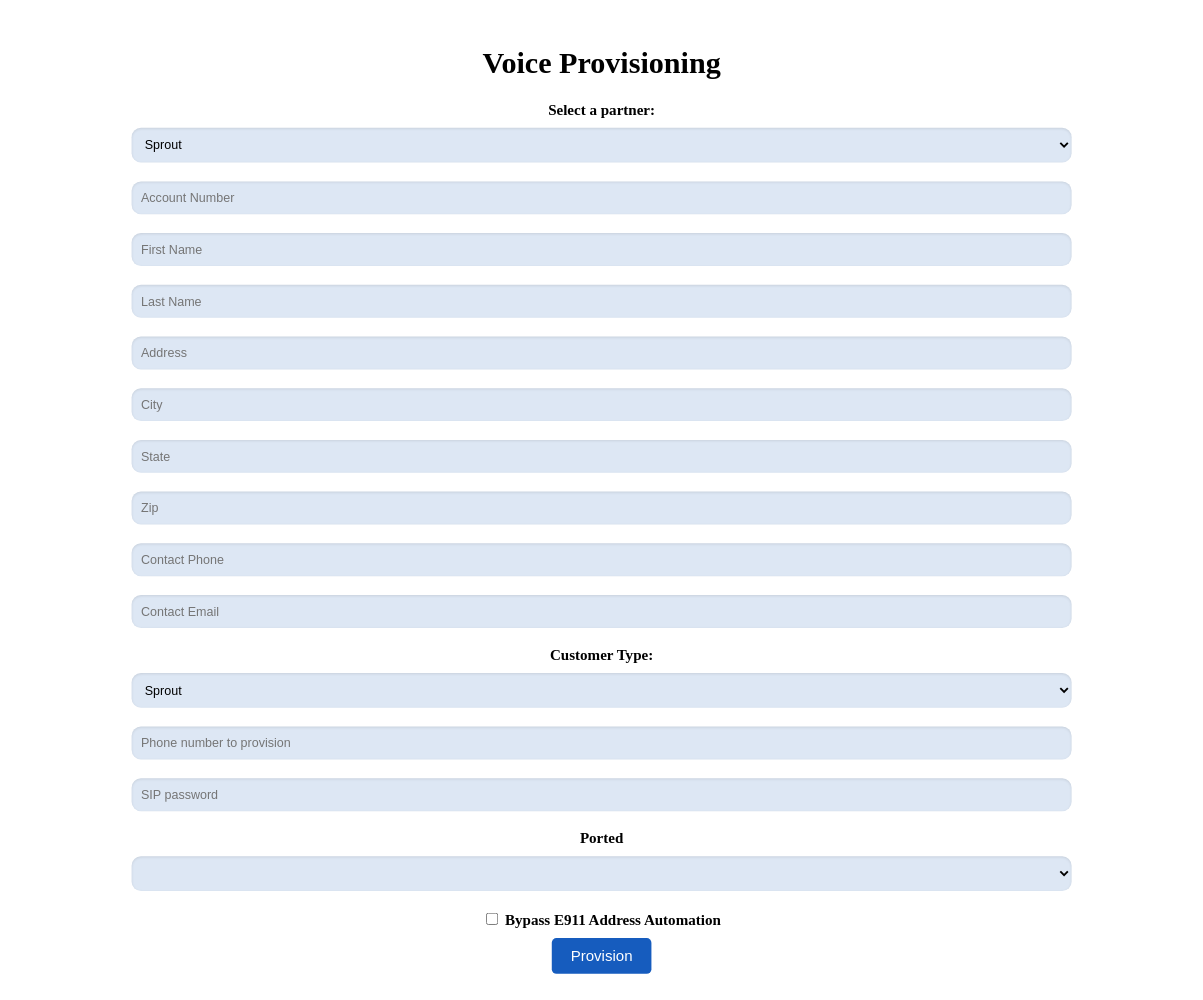
Repository: smallchungus/logiccom
Page: /
An editor plug-in stored every save of this project. The page is shown before and after the next save, followed by the edit.
The browser window is 1280 px wide. The pictures show the whole page, at 94% of full size.
The project was rebuilt for these pictures with package versions that can differ from the ones it lists, and the page was loaded fresh each time. Also part of the build but not shown: vite.config.ts.

Above is the page before, as saved 2023-05-04 12:04:32.

### src/App.vue
<style src="./styles.css"></style>


<template>


<form>
  <header>
    <h1>Voice Provisioning</h1>
  </header>
      <div class="form-group">
        <label for="partner">Select a partner:</label>
        <select id="partner" name="partner">
          <option value="Sprout">Sprout</option>
          <option value="option2">Option 2</option>
        </select>
      </div>

      <div class="form-group">
        <input type="text" id="accountNum" name="accountNum" placeholder="Account Number">
      </div>

      <div class="form-group">
        <input type="text" id="firstName" name="firstName" placeholder="First Name">
      </div>

      <div class="form-group">
        <input type="text" id="lastName" name="lastName" placeholder="Last Name">
      </div>

      <div class="form-group">
        <input type="text" id="address" name="address" placeholder="Address">
      </div>

      <div class="form-group">
        <input type="text" id="city" name="city" placeholder="City">
      </div>

      <div class="form-group">
        <input type="text" id="state" name="state" placeholder="State">
      </div>

      <div class="form-group">
        <input type="text" id="zip" name="zip" placeholder="Zip">
      </div>

      <div class="form-group">
        <input type="text" id="contactPhone" name="contactPhone" placeholder="Contact Phone">
      </div>

      <div class="form-group">
        <input type="text" id="contactEmail" name="contactEmail" placeholder="Contact Email">
      </div>

      <div class="form-group">
        <label for="customerType">Customer Type:</label>
        <select id="customerType" name="customerType">
          <option value="Sprout">Sprout</option>
          <option value="option2">Option 2</option>
        </select>
      </div>

      <div class="form-group">
        <input type="text" id="phoneToProv" name="phoneToProv" placeholder="Phone number to provision">
      </div>

      <div class="form-group">
        <input type="password" id="sipPassword" name="sipPassword" placeholder="SIP password">
      </div>


    <label for="ported">Ported</label>
    <select id="ported" name="ported">
      <option value=""></option>
      <option value="option2">Option 2</option>
    </select>

    <label>
      <input type="checkbox" >
      Bypass E911 Address Automation
    </label>

    <button type="submit">Provision</button>
  </form>
</template>

### src/styles.css
header {
    text-align: center;
    margin: 0 auto;
  }

  body {
    text-align: center;
  }

  form {
    /* background-color: #f7f7f7; */
    border-radius: 5px;
    padding: 20px;
    margin: 0 auto;
    max-width: 1000px;
  }

  .form-row {
    display: flex;
    flex-wrap: wrap;
  }

  .form-row .form-group {
    width: calc(50% - 10px);
    margin-right: 20px;
  }

  .form-row .form-group:last-child {
    margin-right: 0;
  }

  label {
    display: block;
    font-weight: bold;
    margin-bottom: 10px;
  }

  input[type="text"],
  input[type="password"],
  select {
    box-sizing: border-box; /* add this line */
    background-color: #dde7f4;
    width: 100%;
    padding: 10px;
    border: none;
    border-radius: 10px;
    margin-bottom: 20px;
    box-shadow: inset 0px 1px 3px rgba(0, 0, 0, 0.1);
  }

  input[type="text"].inline {
    display: inline-block;
    width: calc(50% - 10px);
    margin-right: 20px;
  }

  input[type="text"].inline:last-child {
    margin-right: 0;
  }

  button[type="submit"] {
    background-color: #165cbe;
    color: #fff;
    border: none;
    border-radius: 5px;
    padding: 10px 20px;
    font-size: 16px;
    cursor: pointer;
  }

  @media (min-width: 1024px) {
    header {
      display: flex;
      justify-content: center;
      align-items: center;
    }
  }

Loaded but not shown: index.html (common file); src/main.ts (common file)

After the next save:
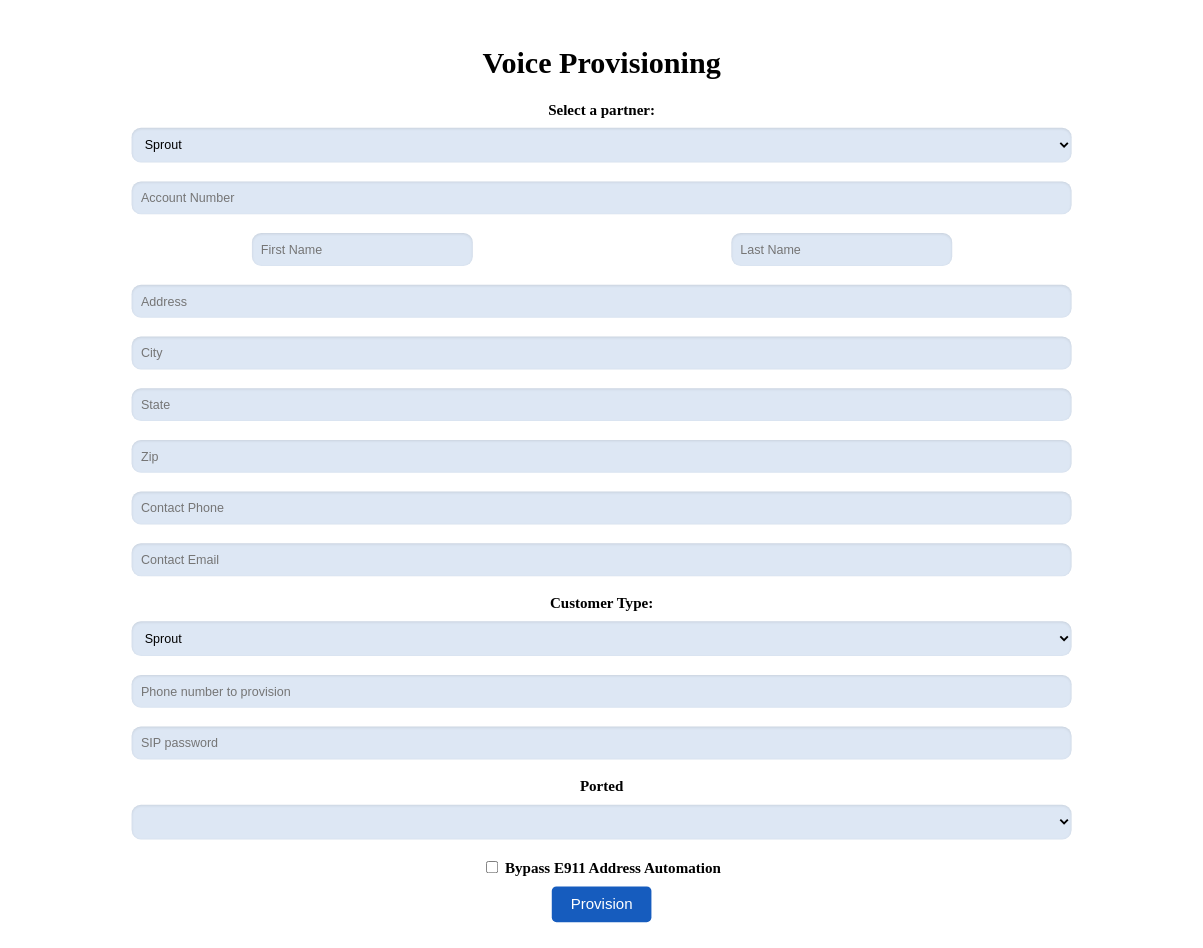
Saved 92 s later.
--- a/src/App.vue
+++ b/src/App.vue
@@ -20,13 +20,16 @@
         <input type="text" id="accountNum" name="accountNum" placeholder="Account Number">
       </div>
 
+      <div class="form-row">
       <div class="form-group">
-        <input type="text" id="firstName" name="firstName" placeholder="First Name">
+        <input type="text" id="firstName" name="firstName" placeholder="First Name" class="inline">
       </div>
 
       <div class="form-group">
-        <input type="text" id="lastName" name="lastName" placeholder="Last Name">
+        <input type="text" id="lastName" name="lastName" placeholder="Last Name" class="inline">
       </div>
+    </div>
+
 
       <div class="form-group">
         <input type="text" id="address" name="address" placeholder="Address">
